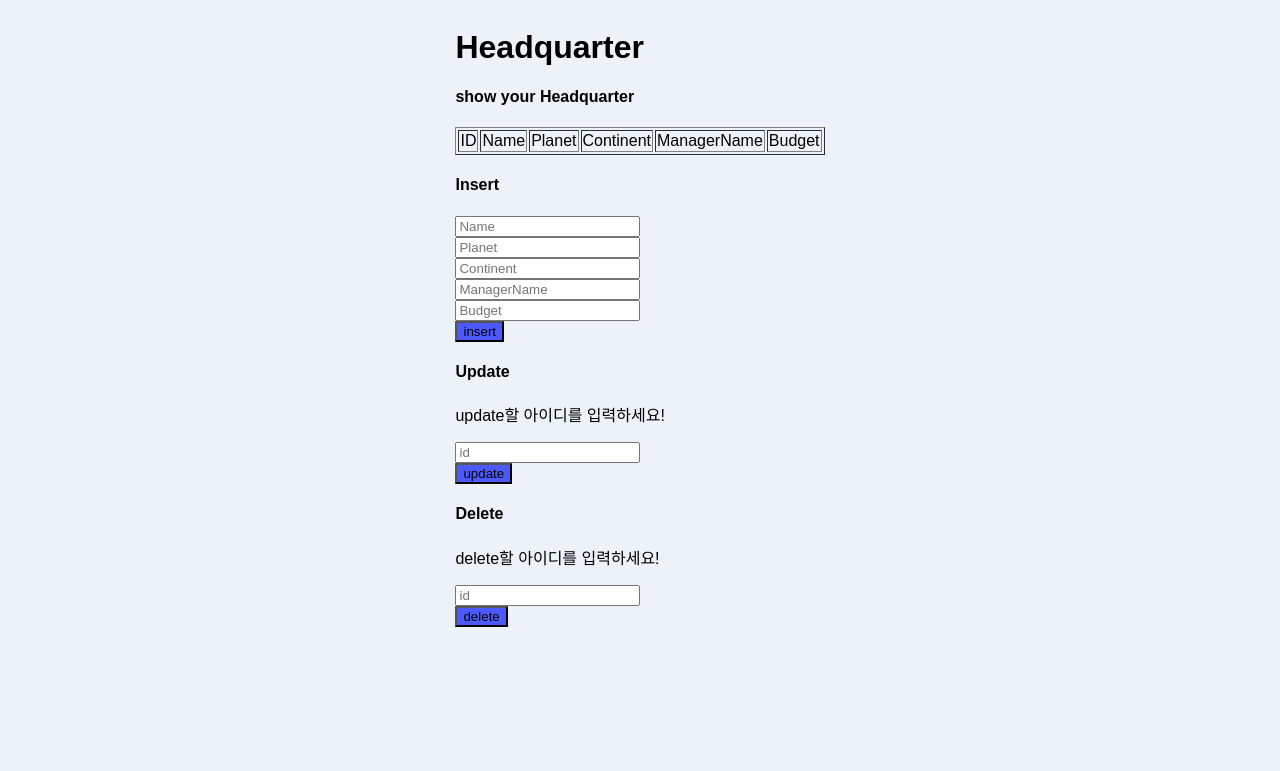
Repository: CISXO/JSP
Page: http://localhost/DB_Project/DB/line.jsp
The author's editor kept a copy of each file at every save. The page is drawn from the files as they stood at one save, then again after the next save.
The browser window is 1280 px wide. The pictures show the whole page.
The page is served by Tomcat 9. Queries for data that is not in the repository find no rows.

Above is the page before, as saved 2022-12-21 10:13:34.

### DbProject/DB_Project/src/main/webapp/DB/line.jsp
<%@ page language="java" contentType="text/html; charset=EUC-KR"
    pageEncoding="EUC-KR" import="java.sql.*"%>
<!DOCTYPE html>
<html>
<style>

body {
    font-family: 'Noto Sans KR', sans-serif;
    display: flex;
    justify-content: center;
    height: 95vh;
}

</style>
<head>
<meta charset="EUC-KR">
<title>Insert title here</title>
</head><%

Class.forName("org.mariadb.jdbc.Driver");
String jdbcDriver = "jdbc:mariadb://localhost:3306/homework";
String dbUser = "root";
String dbPass = "22489612up!";


Connection conn = null;
Statement stmt = null;
ResultSet result = null;

try {
	conn = DriverManager.getConnection(jdbcDriver, dbUser, dbPass);
	stmt = conn.createStatement();
	String query = "SELECT * FROM headquarter";
	result = stmt.executeQuery(query);

%>

<body style="background-color: #edf2f9 !important;">
    <div>
        <h1 class="title">Headquarter</h1>
        <h4 class="titleScript">
				show your Headquarter
        </h4>
        <div class="tableSection">
                <table class="boardTable table table-hover" border = "1">
                    <thead class="table-primary">
                        <tr>
                        <td>ID</td>
                        <td>Name</td>
                        <td>Planet</td>
                        <td>Continent</td>
                        <td>ManagerName</td>
                        <td>Budget</td>
                        </tr>
                    </thead>
                    <%
                    while(result.next()) {
                    %>
                    <tbody id="tablebody" class="table-light">
                        <tr onclick="trClick(this)">
                        	<td><%=result.getInt("ID")%></td>
                            <td><%=result.getString("Name")%></td>
                            <td><%=result.getString("Planet")%></td>
                            <td><%=result.getString("Continent")%></td>
                            <td><%=result.getString("ManagerName")%></td>
                            <td><%=result.getInt("Budget") %></td>
                        </tr>

                    </tbody>
                    <%} %>
                </table>
        </div>
        <form id="Head_insert" action ="Head_manage.jsp" method="get">
        <h4>Insert</h4>
        <div class="row">
        <input id="Name1" name="Name1" type="text" placeHolder="Name">
        </div>
        <div class="row">
        <input id="Planet1" name="Planet1" type="text" placeHolder="Planet">
        </div>
        <div class="row">
        <input id="Continent1" name="Continent1" type="text" placeHolder="Continent">
        </div>
        <div class="row">
        <input id="ManagerName1" name="ManagerName1" type="text" placeHolder="ManagerName">
        </div>
        <div class="row">
        <input id="Budget1" name="Budget1" type="text" placeHolder="Budget">
        </div>
        <div class="hd_insert_button">
        <button id="insert_button1" type = "submit" style="background-color: #4c59fd">insert</button>
        </div>
        <input name="manage_num" type="hidden" value="1">
        </form>

        <form id="Head_update" action="Head_manage.jsp" method="get">
         <h4>Update</h4>
        <p>update할 아이디를 입력하세요!</p>
       <div class="row">
        <input id="head_id" name="headupdate_id" type="text" placeHolder="id">
        </div>
        <div class="hd_update_button">
        <button id="update_button1" type = "submit" style="background-color: #4c59fd">update</button>
        </div>
        <input name="manage_num" type="hidden" value="2">
        </form>

        <form id="Head_delete" action="Head_manage.jsp" method="get">
        <h4>Delete</h4>
        <p>delete할 아이디를 입력하세요!</p>
        <div class="row">
        <input id="head_id" name="headdelete_id" type="text" placeHolder="id">
        </div>
        <div class="hd_delete_button">
        <button id="delete_button1" type = "submit" style="background-color: #4c59fd">delete</button>
        </div>
        <br><br><br><br> <br><br><br><br>
        <input name="manage_num" type="hidden" value="3">
        </form>
    </div>
<%
	result.close();
	stmt.close();
	conn.close();
} catch(SQLException e) {
	out.println("err."+e.toString());
}
	%>
</body>
</html>

After the next save:
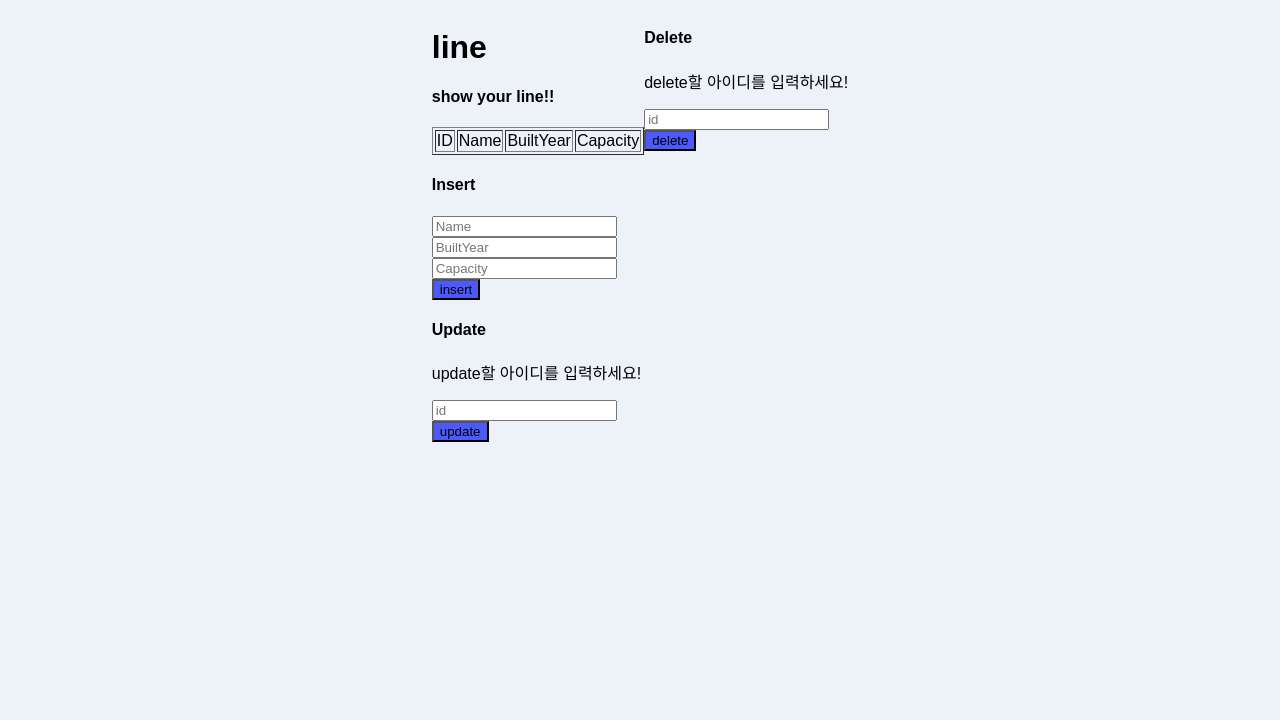
Saved 5 min 10 s later.
--- a/DbProject/DB_Project/src/main/webapp/DB/line.jsp
+++ b/DbProject/DB_Project/src/main/webapp/DB/line.jsp
@@ -30,88 +30,78 @@ ResultSet result = null;
 try {
 	conn = DriverManager.getConnection(jdbcDriver, dbUser, dbPass);
 	stmt = conn.createStatement();
-	String query = "SELECT * FROM headquarter";
+	String query = "SELECT * FROM line";
 	result = stmt.executeQuery(query);
 
 %>
 
 <body style="background-color: #edf2f9 !important;">
     <div>
-        <h1 class="title">Headquarter</h1>
+        <h1 class="title">line</h1>
         <h4 class="titleScript">
-				show your Headquarter
+				show your line!!
         </h4>
-        <div class="tableSection">
-                <table class="boardTable table table-hover" border = "1">
-                    <thead class="table-primary">
+        <div>
+                <table border = "1">
+                    <thead>
                         <tr>
                         <td>ID</td>
                         <td>Name</td>
-                        <td>Planet</td>
-                        <td>Continent</td>
-                        <td>ManagerName</td>
-                        <td>Budget</td>
+                        <td>BuiltYear</td>
+                        <td>Capacity</td>
                         </tr>
                     </thead>
                     <%
                     while(result.next()) {
                     %>
-                    <tbody id="tablebody" class="table-light">
+                    <tbody>
                         <tr onclick="trClick(this)">
                         	<td><%=result.getInt("ID")%></td>
                             <td><%=result.getString("Name")%></td>
-                            <td><%=result.getString("Planet")%></td>
-                            <td><%=result.getString("Continent")%></td>
-                            <td><%=result.getString("ManagerName")%></td>
-                            <td><%=result.getInt("Budget") %></td>
+                            <td><%=result.getString("BuiltYear")%></td>
+                            <td><%=result.getString("Capacity")%></td>
                         </tr>
 
                     </tbody>
                     <%} %>
                 </table>
         </div>
-        <form id="Head_insert" action ="Head_manage.jsp" method="get">
+        <form id="line_insert" action ="line.jsp" method="get">
         <h4>Insert</h4>
         <div class="row">
-        <input id="Name1" name="Name1" type="text" placeHolder="Name">
+        <input id="Name" name="Name" type="text" placeHolder="Name">
         </div>
         <div class="row">
-        <input id="Planet1" name="Planet1" type="text" placeHolder="Planet">
+        <input id="BuiltYear" name="BuiltYear" type="text" placeHolder="BuiltYear">
         </div>
         <div class="row">
-        <input id="Continent1" name="Continent1" type="text" placeHolder="Continent">
+        <input id="Capacity" name="Capacity" type="text" placeHolder="Capacity">
         </div>
-        <div class="row">
-        <input id="ManagerName1" name="ManagerName1" type="text" placeHolder="ManagerName">
-        </div>
-        <div class="row">
-        <input id="Budget1" name="Budget1" type="text" placeHolder="Budget">
-        </div>
-        <div class="hd_insert_button">
+        <div class="line_insert_button">
         <button id="insert_button1" type = "submit" style="background-color: #4c59fd">insert</button>
         </div>
         <input name="manage_num" type="hidden" value="1">
         </form>
 
-        <form id="Head_update" action="Head_manage.jsp" method="get">
+        <form id="line_update" action="line.jsp" method="get">
          <h4>Update</h4>
         <p>update할 아이디를 입력하세요!</p>
        <div class="row">
-        <input id="head_id" name="headupdate_id" type="text" placeHolder="id">
+        <input id="line_id" name="lineupdate_id" type="text" placeHolder="id">
         </div>
-        <div class="hd_update_button">
+        <div">
         <button id="update_button1" type = "submit" style="background-color: #4c59fd">update</button>
         </div>
         <input name="manage_num" type="hidden" value="2">
         </form>
 
-        <form id="Head_delete" action="Head_manage.jsp" method="get">
+        <form id="line_delete" action="line.jsp" method="get">
         <h4>Delete</h4>
         <p>delete할 아이디를 입력하세요!</p>
         <div class="row">
-        <input id="head_id" name="headdelete_id" type="text" placeHolder="id">
+        <input id="line_id" name="linedelete_id" type="text" placeHolder="id">
         </div>
-        <div class="hd_delete_button">
+        <div>
         <button id="delete_button1" type = "submit" style="background-color: #4c59fd">delete</button>
         </div>
         <br><br><br><br> <br><br><br><br>
